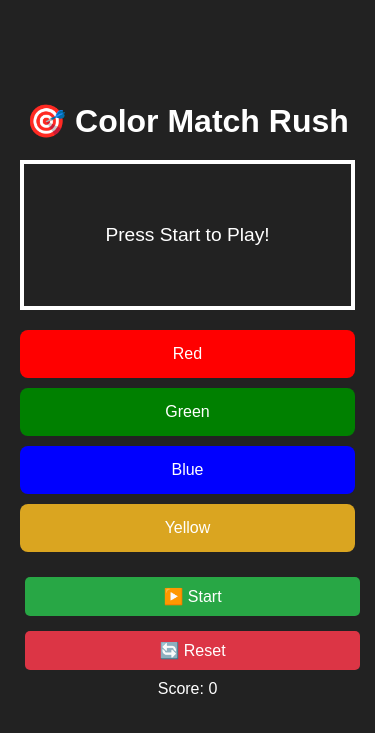
Repository: alokanand524/anand-portfolio
Page: games/color-match-game/index.html
The author's editor kept a copy of each file at every save. The page is drawn from the files as they stood at one save, then again after the next save.
The browser window is 375 px wide. The pictures show the whole page.

Above is the page before, as saved 2025-07-31 16:21:38.

After the next save:
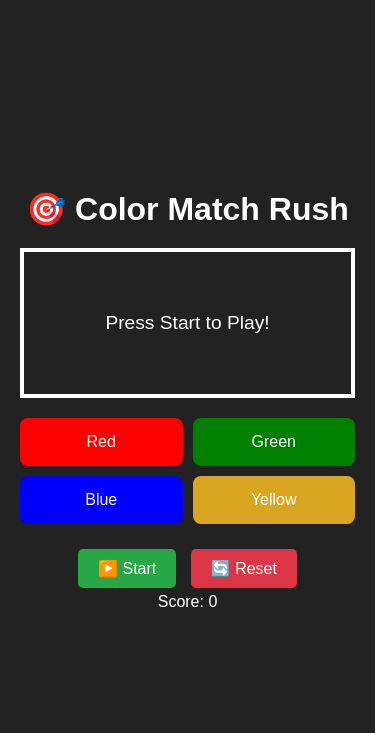
Saved 2 min 3 s later.
--- a/games/color-match-game/style.css
+++ b/games/color-match-game/style.css
@@ -71,14 +71,3 @@ body {
 
 #startBtn { background-color: #28a745; color: white; }
 #resetBtn { background-color: #dc3545; color: white; }
-
-@media (max-width: 480px) {
-  .color-btn {
-    flex: 1 1 100%;
-  }
-
-  .controls button {
-    width: 100%;
-    margin-bottom: 10px;
-  }
-}
